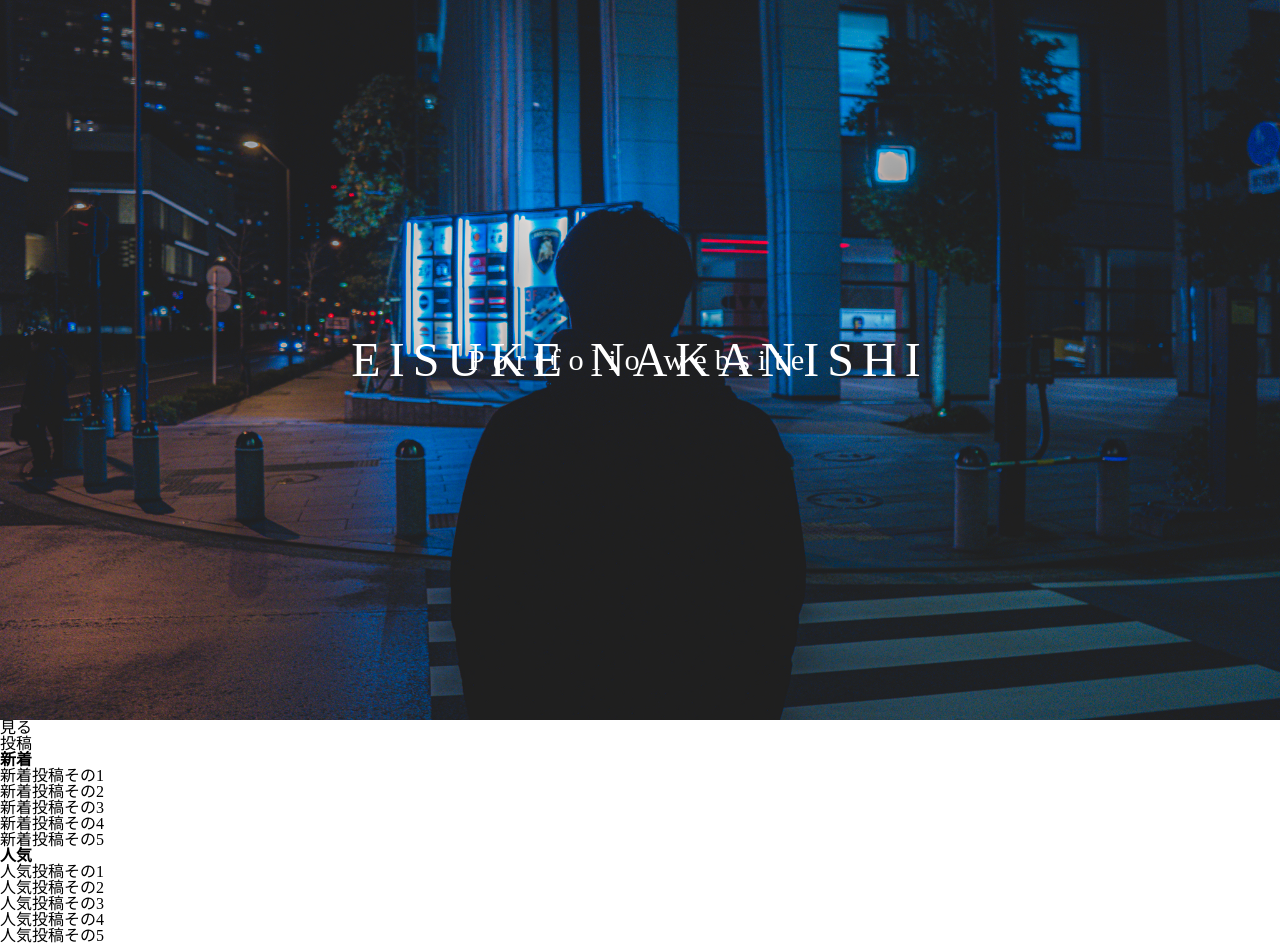
Repository: KustomApe/LandorusInc
Page: index.html
An editor plug-in stored every save of this project. The page is shown before and after the next save, followed by the edit.
The browser window is 1280 px wide. The pictures show the whole page.

Above is the page before, as saved 2021-07-24 13:01:33.

### index.html
<!DOCTYPE html>
<html lang="ja">
<head>
    <meta charset="UTF-8">
    <meta http-equiv="X-UA-Compatible" content="IE=edge">
    <meta name="viewport" content="width=device-width, initial-scale=1.0">
    <title>掲示板</title>
    <link rel="stylesheet" href="./assets/css/html5doctor.css">
    <link rel="stylesheet" href="./assets/css/style.css">
</head>
<body>
<div id="wrap">
    <div id="main_img">
        <h1>EISUKE NAKANISHI</h1>
        <h2>Portfolio website</h2>
    </div>
    <div class="contents">
        <ul>
            <li>見る</li>
            <li>投稿</li>
        </ul>
        <h2>新着</h2>
        <ul>
            <li>新着投稿その1</li>
            <li>新着投稿その2</li>
            <li>新着投稿その3</li>
            <li>新着投稿その4</li>
            <li>新着投稿その5</li>
        </ul>
        <h2>人気</h2>
        <ul>
            <li>人気投稿その1</li>
            <li>人気投稿その2</li>
            <li>人気投稿その3</li>
            <li>人気投稿その4</li>
            <li>人気投稿その5</li>
        </ul>
    </div>
</div>
</body>
</html>

### assets/css/html5doctor.css
html, body, div, span, object, iframe,
h1, h2, h3, h4, h5, h6, p, blockquote, pre,
abbr, address, cite, code,
del, dfn, em, img, ins, kbd, q, samp,
small, strong, sub, sup, var,
b, i,
dl, dt, dd, ol, ul, li,
fieldset, form, label, legend,
table, caption, tbody, tfoot, thead, tr, th, td,
article, aside, canvas, details, figcaption, figure,
footer, header, hgroup, menu, nav, section, summary,
time, mark, audio, video {
    margin:0;
    padding:0;
    border:0;
    outline:0;
    font-size:100%;
    vertical-align:baseline;
    background:transparent;
}

body {
    line-height:1;
}

article,aside,details,figcaption,figure,
footer,header,hgroup,menu,nav,section {
    display:block;
}

nav ul {
    list-style:none;
}

blockquote, q {
    quotes:none;
}

blockquote:before, blockquote:after,
q:before, q:after {
    content:'';
    content:none;
}

a {
    margin:0;
    padding:0;
    font-size:100%;
    vertical-align:baseline;
    background:transparent;
}

/* change colours to suit your needs */
ins {
    background-color:#ff9;
    color:#000;
    text-decoration:none;
}

/* change colours to suit your needs */
mark {
    background-color:#ff9;
    color:#000;
    font-style:italic;
    font-weight:bold;
}

del {
    text-decoration: line-through;
}

abbr[title], dfn[title] {
    border-bottom:1px dotted;
    cursor:help;
}

table {
    border-collapse:collapse;
    border-spacing:0;
}

/* change border colour to suit your needs */
hr {
    display:block;
    height:1px;
    border:0;
    border-top:1px solid #cccccc;
    margin:1em 0;
    padding:0;
}

input, select {
    vertical-align:middle;
}

### assets/css/style.css
@charset "utf-8";

body {
    width: 100%;
    max-width: 1920px;
}

div#main_img {
    position: relative;
    display: block;
    width: 100%;
    height: 100vh;
    background: url('../img/main.jpg');
    background-size: cover;
}

div#main_img h1 {
    position: absolute;
    top: 50%;
    left: 50%;
    transform: translate(-50%, -50%);
    -webkit-transform: translate(-50%, -50%);
    -ms-transform: translate(-50%, -50%);
    color: #fff;
    font-size: 3rem;
    font-weight: lighter;
    letter-spacing: 0.5rem;
}

div#main_img h2 {
    position: absolute;
    top: 50%;
    left: 50%;
    transform: translate(-50%, -50%);
    -webkit-transform: translate(-50%, -50%);
    -ms-transform: translate(-50%, -50%);
    color: #fff;
    font-size: 1.9rem;
    font-weight: lighter;
    letter-spacing: 0.5rem;
}

After the next save:
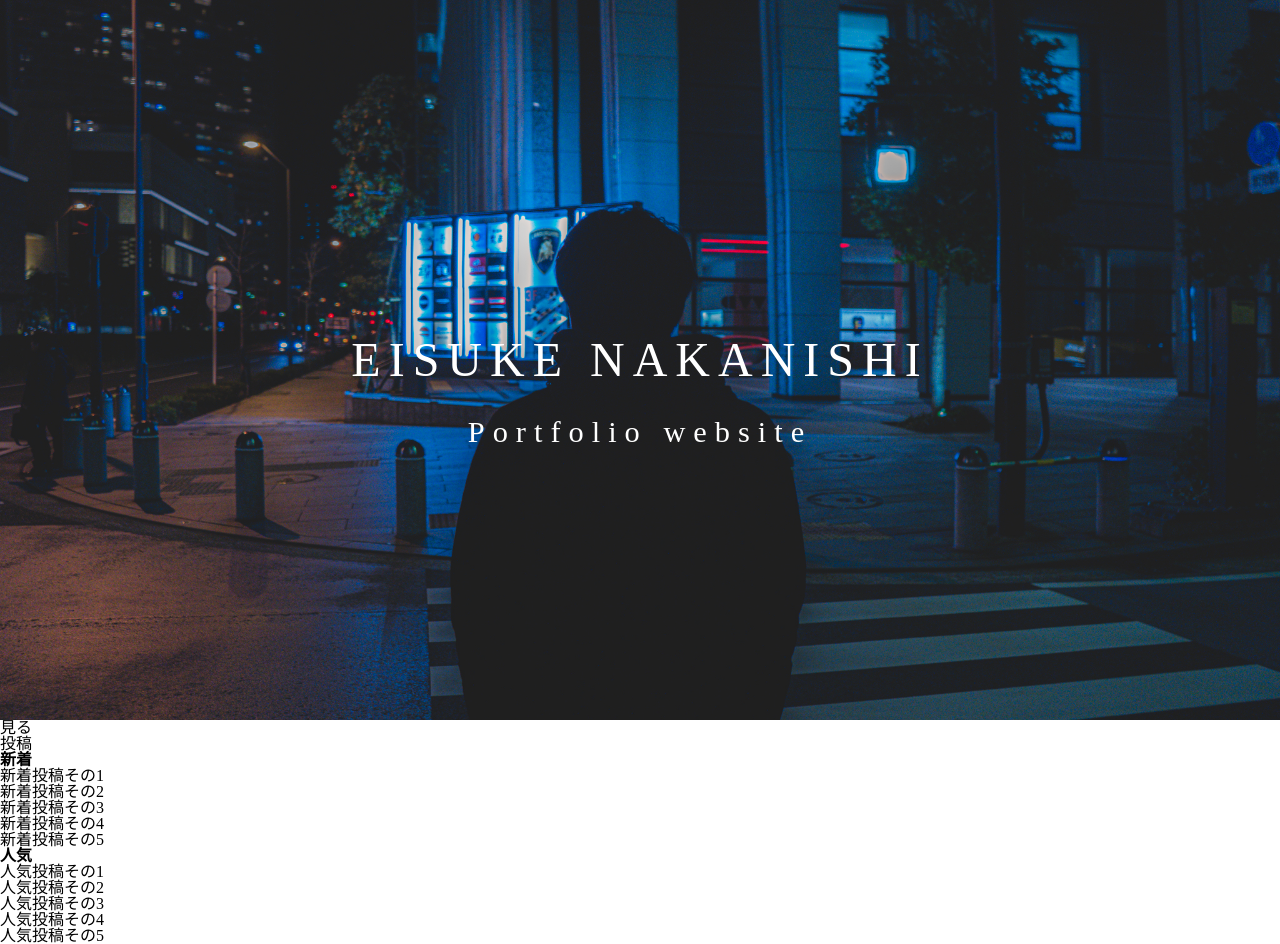
Saved 5 s later.
--- a/assets/css/style.css
+++ b/assets/css/style.css
@@ -29,7 +29,7 @@ div#main_img h1 {
 
 div#main_img h2 {
     position: absolute;
-    top: 50%;
+    top: 60%;
     left: 50%;
     transform: translate(-50%, -50%);
     -webkit-transform: translate(-50%, -50%);
